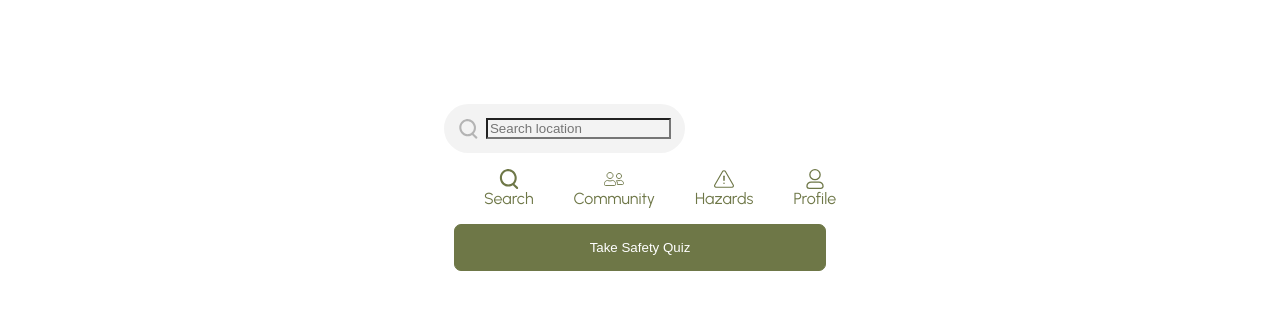
Repository: Aladdin3r/SafeCycle
Page: /
The author's editor kept a copy of each file at every save. The page is drawn from the files as they stood at one save, then again after the next save.
The browser window is 1280 px wide. The pictures show the whole page.
The project was rebuilt for these pictures with package versions that can differ from the ones it lists, and the page was loaded fresh each time. The framework's server and built-in components were replaced by stand-ins that run in the browser.

Above is the page before, as saved 2024-04-15 12:19:44.

After the next save:
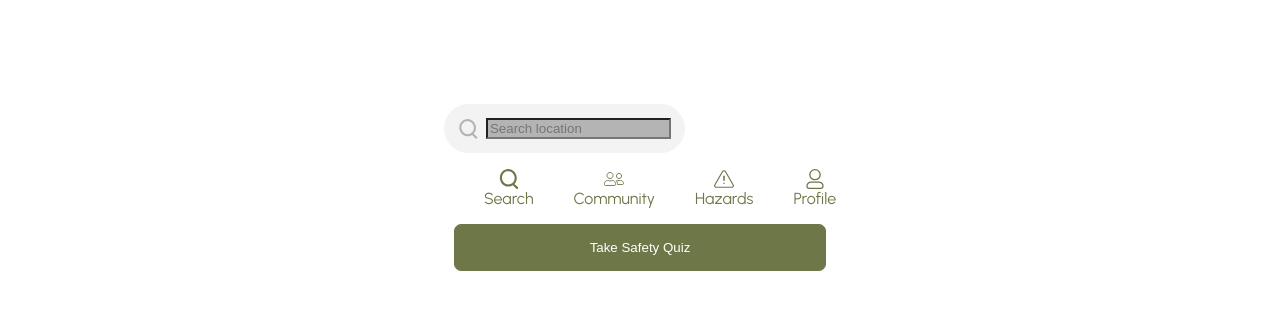
Saved 9 s later.
--- a/components/NavBar/NavBar.module.css
+++ b/components/NavBar/NavBar.module.css
@@ -7,7 +7,7 @@
 }
 
 .searchInput {
-    background-color: var(--grey);
+    background-color: var(--light-grey);
 }
 
 .container {

After the save that followed:
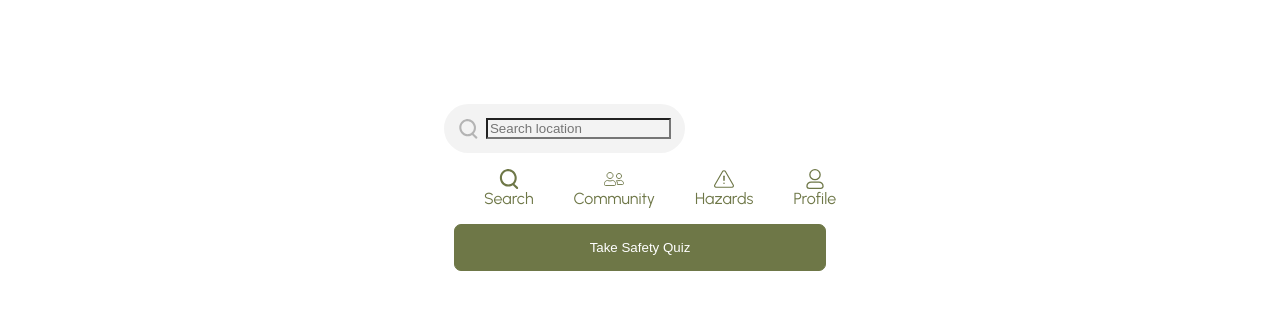
Saved 11 s later.
--- a/components/NavBar/NavBar.module.css
+++ b/components/NavBar/NavBar.module.css
@@ -7,7 +7,7 @@
 }
 
 .searchInput {
-    background-color: var(--light-grey);
+    background-color: var(--grey);
 }
 
 .container {
